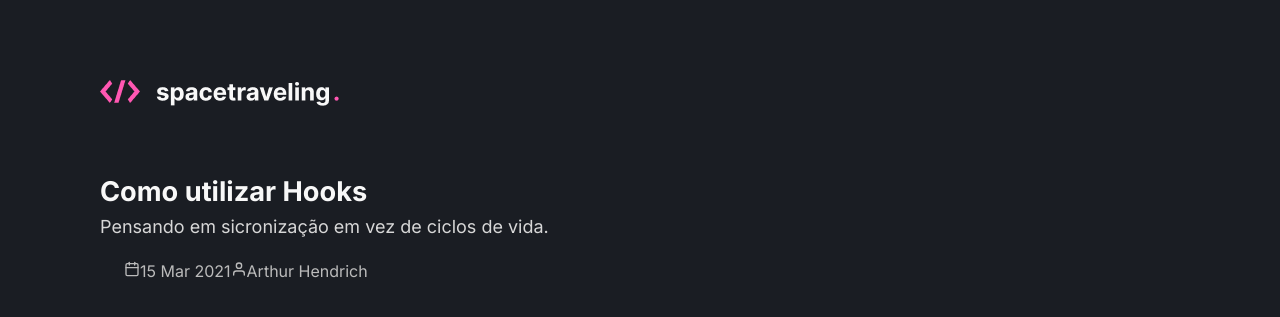
Repository: ArthurHendrich/Ignite-NextJS
Page: /
The author's editor kept a copy of each file at every save. The page is drawn from the files as they stood at one save, then again after the next save.
The browser window is 1280 px wide. The pictures show the whole page.
The project was rebuilt for these pictures with package versions that can differ from the ones it lists, and the page was loaded fresh each time. The framework's server and built-in components were replaced by stand-ins that run in the browser.

Above is the page before, as saved 2022-07-09 15:44:28.

After the next save:
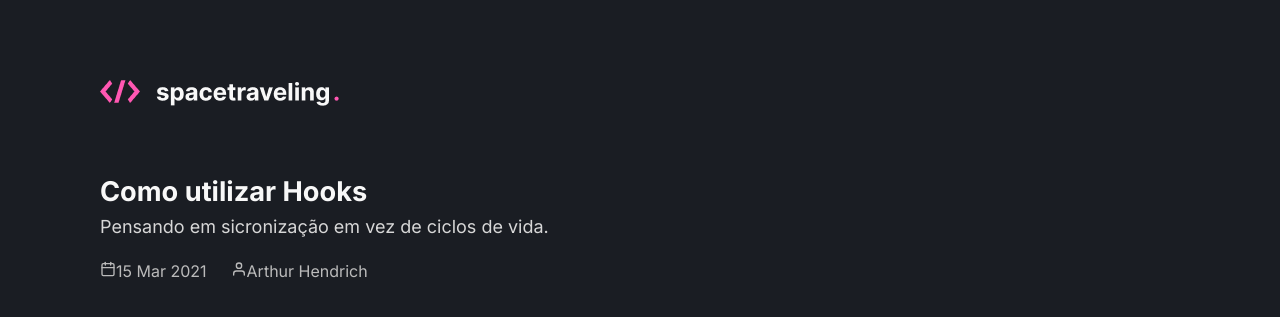
Saved 7 s later.
--- a/src/pages/home.module.scss
+++ b/src/pages/home.module.scss
@@ -19,7 +19,7 @@
     margin-top: 1.5rem;
 
     .Date {
-      margin-left: 1.5rem;
+      margin-right: 1.5rem;
     }
   }
 }
